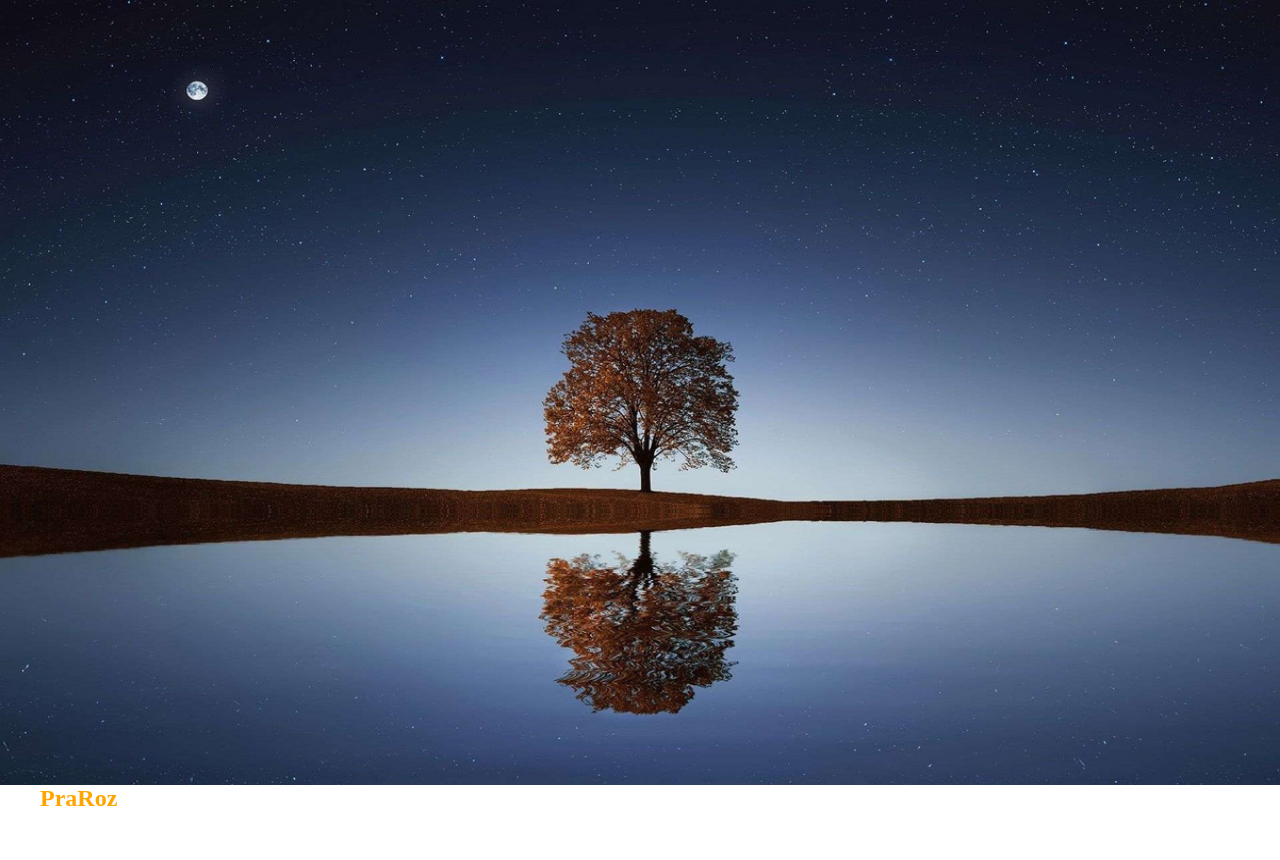
Repository: HuynhDuc23/project3
Page: index.html
These files come from the project's save history. The page is drawn as it stood at one moment and after the next save; the edit follows.
The browser window is 1280 px wide. The pictures show the whole page.

Above is the page before, as saved 2023-05-03 15:33:12.

After the next save:
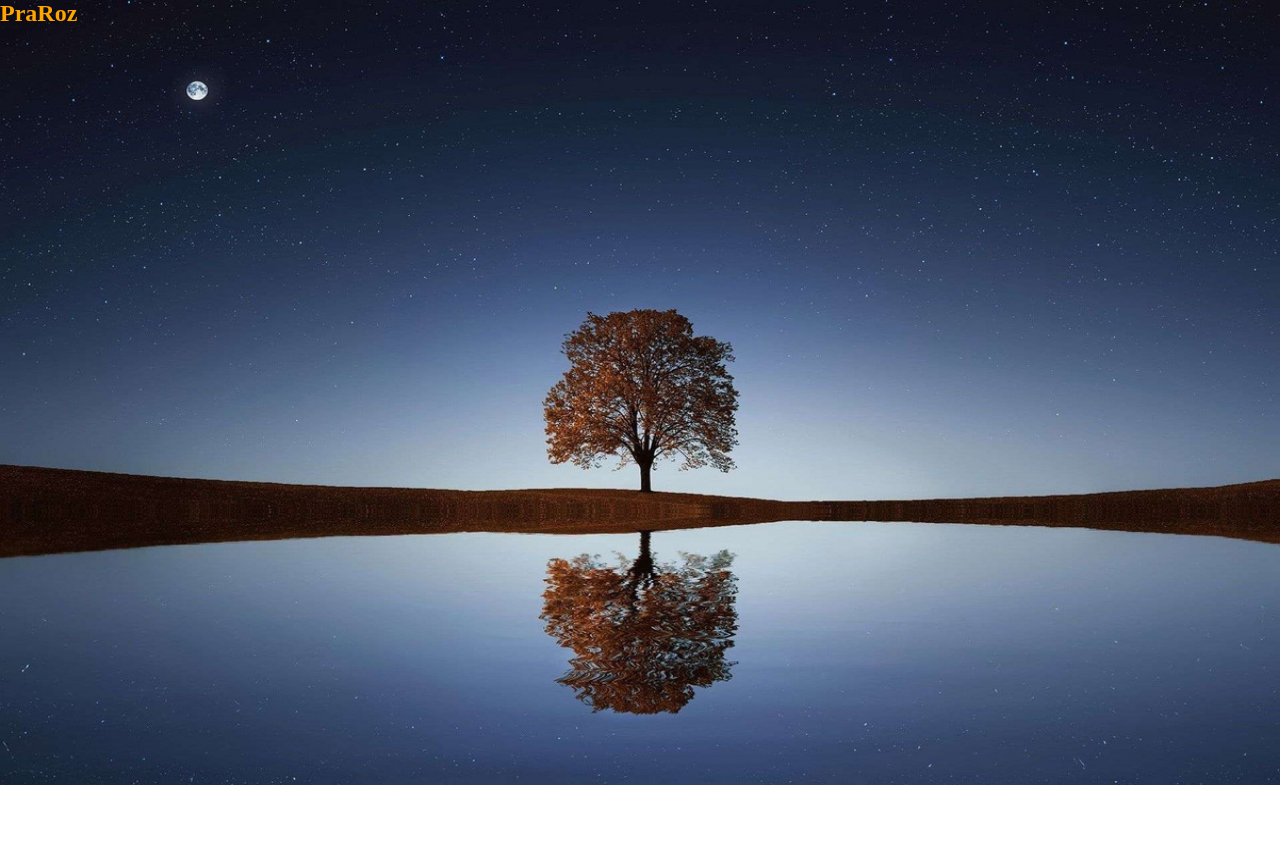
Saved 36 s later.
--- a/style.css
+++ b/style.css
@@ -9,6 +9,7 @@
     background-size: cover;
     background-repeat: no-repeat;
     height: 109vh;
+    position: relative;
 }
 .navbar
 {
@@ -20,6 +21,9 @@
     width: 200px;
     float: left;
     height: 70px;
+    position: absolute;
+    left: 0;
+    top: 0;
 }
 .logo {
     color: orange;
